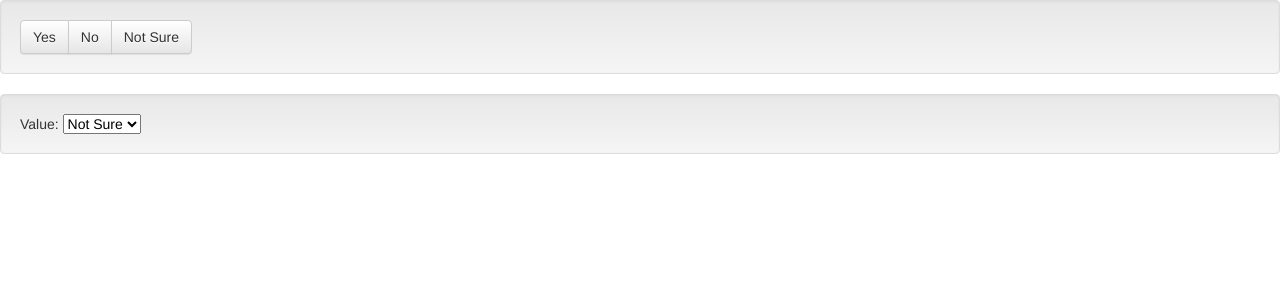
Repository: chisun-joung/workplace
Page: angularJS/WebContent/Chap17_CustomDirective/P526_CustomForm.html
These files come from the project's save history. The page is drawn as it stood at one moment and after the next save; the edit follows.
The browser window is 1280 px wide. The pictures show the whole page.
Some web libraries are served in a nearby version.

Above is the page before, as saved 2016-12-01 04:46:55.

After the next save:
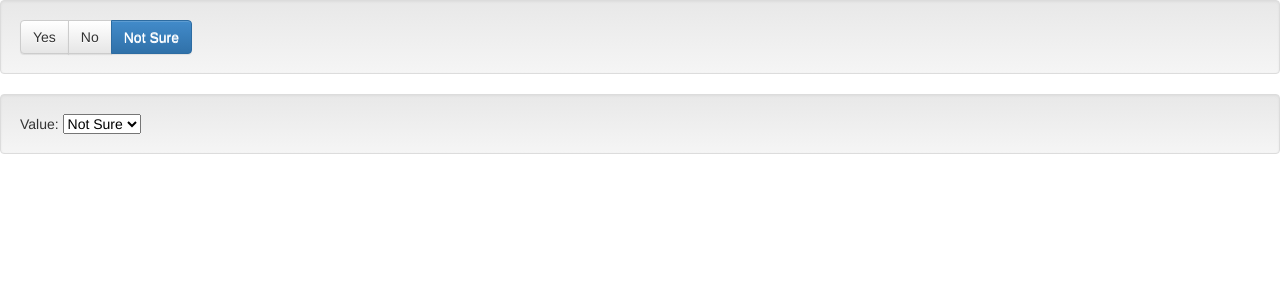
Saved 63 s later.
--- a/angularJS/WebContent/Chap17_CustomDirective/P526_CustomForm.html
+++ b/angularJS/WebContent/Chap17_CustomDirective/P526_CustomForm.html
@@ -19,26 +19,51 @@
 		.controller("defaultCtrl", function ($scope) {
 			$scope.dataValue = "Not Sure";
 		})
-		.directive("triButton",[function(){
+
+		.directive('triButton', [function(){
 			return {
 				restrict: 'AE',
 				template: document.getElementById('triTemplate').innerText,
-				link: function(scope, element, attrs, ctrl){
+				require: 'ngModel',
+				link: function(scope,element,attrs,ctrl){
 					var btns = element.find('button');
 
-					var setUpdate = function(value) {
-						for (var i = 0; i < btns.lenght; i++) {
-							console.log(i);
+					var setUpdate = function(value){
+						for(var i = 0; i < btns.length; i++){
+							btns.eq(i).removeClass('btn-primary');
+
 							if(btns.eq(i).text() == value){
-								btns.eq(i).addClass("btn btn-primary");
+								btns.eq(i).addClass('btn btn-primary');
 							}
 						}
 					}
 
-					setUpdate('Yes');
+					//setUpdate('No')
+
+					// ngModel에서 변경된 값을 받아오는 명령은 ngModel의
+					// $viewValue(?)가 받아온디
+					// ctrl => ngModel의 controller를 의미
+					// $render 함수 내부에서 받아서 처리 할 작업을 기술.
+					ctrl.$render = function(){
+						//console.log(ctrl.$viewValue);
+						setUpdate(ctrl.$viewValue);
+					}
+
+					element.on('click', function(evt){
+						//console.log(evt.currentTarget);
+						console.log(evt.target.innerText);
+
+						// 선택된 값을 $setViewValue를 통해 다른 ngModel에 전파
+						ctrl.$setViewValue(evt.target.innerText);
+						scope.$apply();
+
+						// 자신의 선택된 버튼으로 값 변경
+						setUpdate(evt.target.innerText);
+					})
+
 				}
 			}
-		}])
+		}]);
 	</script>
 </head>
 <body ng-controller="defaultCtrl">
